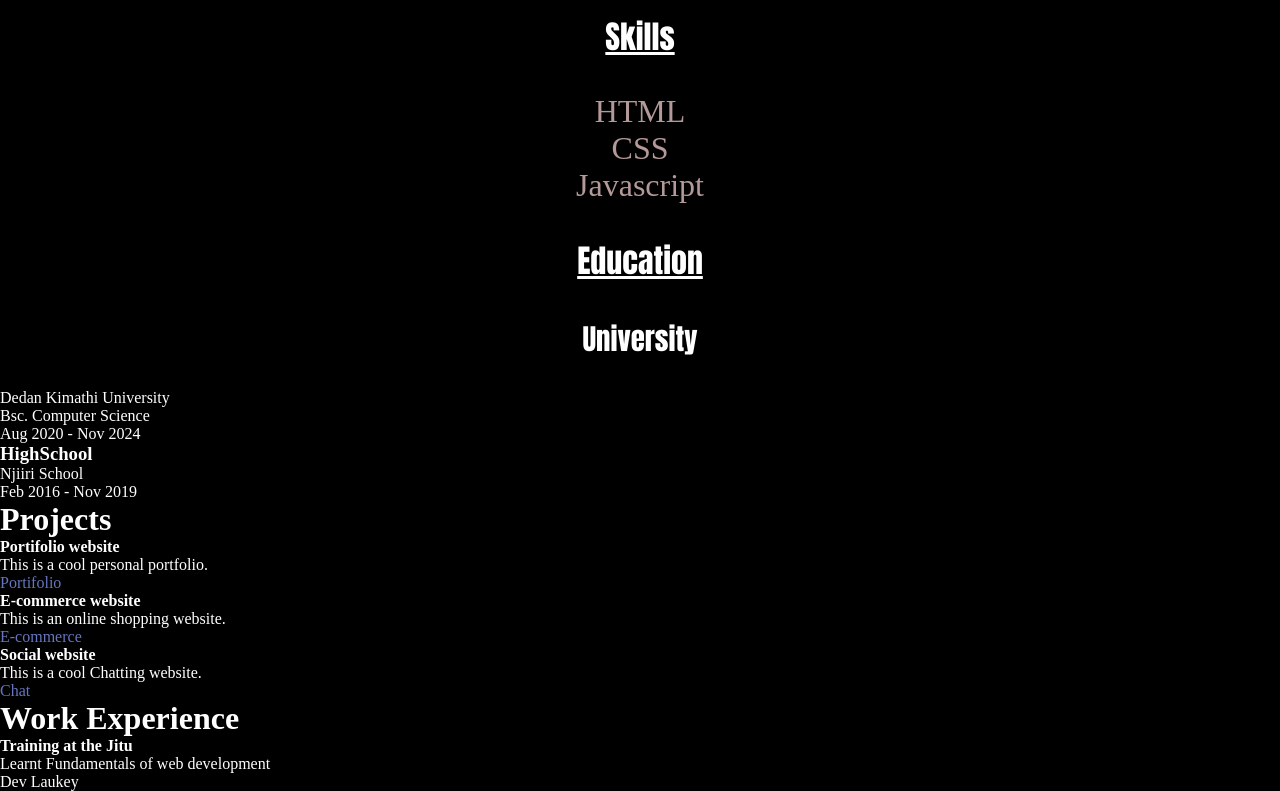
Repository: LaukeyMwaura/Jitu-Day-2
Page: index.html
An editor plug-in stored every save of this project. The page is shown before and after the next save, followed by the edit.
The browser window is 1280 px wide. The pictures show the part of the page from y = 640 to 1441 px (the page is 1431 px tall before and 1441 px after).
A picture or video elsewhere on the page could not be fetched, so the positions and the page height are approximate.

Above is the page before, as saved 2022-05-12 00:34:48.

### index.html
<!DOCTYPE html>
<html lang="en">
  <head>
    <meta charset="UTF-8" />
    <meta http-equiv="X-UA-Compatible" content="IE=edge" />
    <meta name="viewport" content="width=device-width, initial-scale=1.0" />
    <title>First Site</title>
    <link rel="stylesheet" href="./style.css">
  </head>
  <body>
    <nav class="nav">
      <ul class="list" style="list-style-type: circle">
        <li><a href="#about">About </a></li>
        <li><a href="#skills">Skills </a></li>
        <li><a href="#education">Education </a></li>
        <li><a href="#projects">Projects </a></li>
        <li><a href="#work">Work </a></li>
      </ul>
    </nav>
    <div id="about">
      <h1 class="heading" id="about-me">About Me</h1>
      <div class="about">
        <p class="text">Music Lover

        </p>
        <br>
         <p class="text"> Programming Enthusiast.</p>
          <p class="text">Let's connect:</p>
      <ul class="links">
     <li><a class="link" target="_blank" href="https://devlaukey.netlify.com/">Website</a></li>

        <li> <a target="_blank" href="https://www.linkedin.com/in/devlaukey/"
        >LinkedIn</a
      ></li>
        <li>
      <a target="_blank" href="https://github.com/DevLaukey">Github</a></li>
      </ul>

      <img
        height="450"
        weight="450"
        src="https://devlaukey.netlify.app/uploads/me.jpeg"
        alt=""
      />

      </div>


    </div>
    <div id="skills" >
      <h1 class="heading">Skills</h1>
      <ul class="skills">
        <li id="html">HTML</li>
        <li>CSS</li>
        <li>Javascript</li>
      </ul>
    </div>

    <div class="education" id="education">
      <h1 class="heading">Education</h1>
      <div class="">
        <h1 class="subheading">University</h1>
        <p>Dedan Kimathi University</p>
        <p>Bsc. Computer Science</p>
        <p>Aug 2020 - Nov 2024</p>
      </div>
      <div>
        <h3>HighSchool</h3>
        <p>Njiiri School</p>
        <p>Feb 2016 - Nov 2019</p>
      </div>
    </div>
    <div class="project" id="projects">
      <h1>Projects</h1>
      <div class="project" >
        <h4>Portifolio website</h4>
        <p>This is a cool personal portfolio.</p>
        <a href="https://devlaukey.netlify.app/">Portifolio</a>
      </div>
      <div class="project">
        <h4>E-commerce website</h4>
        <p>This is an online shopping website.</p>
        <a href="https://victor-100.web.app/">E-commerce</a>
      </div>
      <div class="project">
        <h4>Social website</h4>
        <p>This is a cool Chatting website.</p>
        <a href="https://messenger-clone-70550.web.app/">Chat</a>
      </div>
    </div>
    <div id="work" class="work">
      <h1>Work Experience</h1>
      <div>
        <h4>Training at the Jitu</h4>
        <p>Learnt Fundamentals of web development</p>
      </div>
    </div>

    <footer>
      <p>Dev Laukey</p>
    </footer>
  </body>
</html>

### style.css
* {
  margin: 0;
  padding: 0;
  box-sizing: border-box;
}
body {
  background-color: black;
  color: white;
}
.about {
  font-family: Impact, Haettenschweiler, "Arial Narrow Bold", sans-serifs;
}
.heading {
  text-decoration: underline;
  text-align: center;
  font-size: 2em;
  font-family: Impact, Haettenschweiler, "Arial Narrow Bold", sans-serifs;
  margin: 1em;
}
.subheading {
  text-align: center;
  font-size: 1.8em;
  font-family: Impact, Haettenschweiler, "Arial Narrow Bold", sans-serifs;
  margin: 1em;
}
.list {
  display: flex;
  text-align: center;
  justify-content: center;
  overflow: hidden;
}

.list > li {
  margin: 10px 5px;
  font-size: 1.5rem;
  padding: 10px 10px 0 10px;
  font-family: "Courier New", Courier, monospace;
}
li {
  list-style: none;
}
.links {
  padding: 10px;
}
a {
  text-decoration: none;
  color: rgb(102, 118, 190);
}

.text {
  font-size: 1.5em;
  font-family: "Lucida Sans", "Lucida Sans Regular", "Lucida Grande",
    "Lucida Sans Unicode", Geneva, Verdana, sans-serif;
}

.about {
  display: flex;

  justify-content: space-evenly;
}

.skills {
  color: rgb(180, 153, 153);
  text-align: center;
  font-size: 2rem;
}

After the next save:
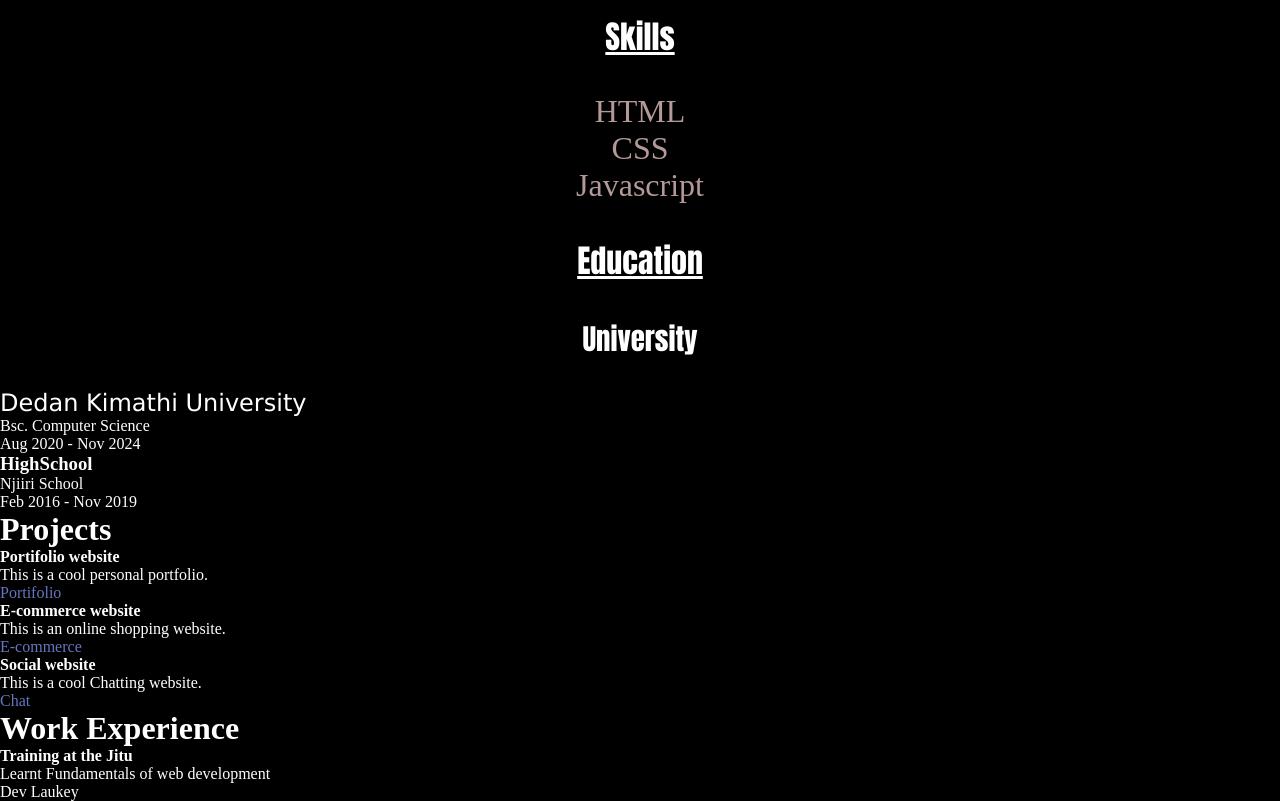
Saved 14 s later.
--- a/index.html
+++ b/index.html
@@ -60,7 +60,7 @@
       <h1 class="heading">Education</h1>
       <div class="">
         <h1 class="subheading">University</h1>
-        <p>Dedan Kimathi University</p>
+        <p class="text">Dedan Kimathi University</p>
         <p>Bsc. Computer Science</p>
         <p>Aug 2020 - Nov 2024</p>
       </div>
